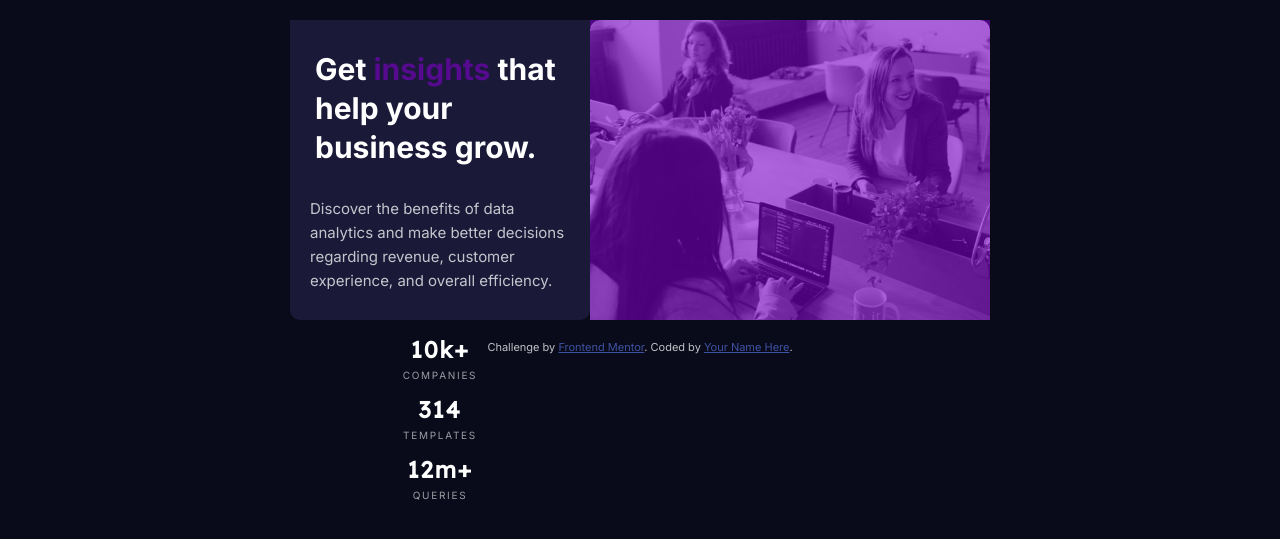
Repository: DejV44/stats-preview-card-component-main
Page: index.html
These files come from the project's save history. The page is drawn as it stood at one moment and after the next save; the edit follows.
The browser window is 1280 px wide. The pictures show the whole page.
The style sheet was rebuilt from its Sass, Less or Tailwind sources for each picture, by a compiler version that may differ from the author's.

Above is the page before, as saved 2021-07-09 13:02:40.

### index.html
<!DOCTYPE html>
<html lang="en">
<head>
  <meta charset="UTF-8">
  <meta name="viewport" content="width=device-width, initial-scale=1.0"> <!-- displays site properly based on user's device -->

  <link rel="icon" type="image/png" sizes="32x32" href="./images/favicon-32x32.png">
  <link rel="stylesheet" href="/css/style.css">


  <title>Frontend Mentor | Stats preview card component</title>
</head>
<body>
  <div class="container">
    <div class="picture">
      <div class="overlay"></div>
    </div>
    <div class="card">
      <h1>Get <span>insights</span> that <br>help your business grow.</h1>

      <p>Discover the benefits of data analytics and make better decisions regarding revenue, customer
      experience, and overall efficiency.</p>

      <ul>
        <li><span>10k+</span> companies</li>
        <li><span>314</span> templates</li>
        <li><span>12m+</span> queries</li>
      </ul>
    </div>
  </div>


  <div class="attribution">
    Challenge by <a href="https://www.frontendmentor.io?ref=challenge" target="_blank">Frontend Mentor</a>.
    Coded by <a href="#">Your Name Here</a>.
  </div>
</body>
</html>

### css/style.scss
$mainBackground: hsl(233, 47%, 7%);
$cardBackground: hsl(244, 38%, 16%);
$accent: hsla(277, 100%, 40%, 0.589);

$mainHeading: hsl(0, 0%, 100%);
$mainParagraph: hsla(0, 0%, 100%, 0.75);
$statHeadings: hsla(0, 0%, 100%, 0.6);

@import url("https://fonts.googleapis.com/css2?family=Inter:wght@400;700&display=swap");

@import url("https://fonts.googleapis.com/css2?family=Lexend+Deca&display=swap");

* {
  margin: 0;
  padding: 0;
  box-sizing: border-box;
}

body {
  font-family: "Inter", sans-serif;
  font-size: 15px;
  background-color: $mainBackground;

  .container {
    margin: 20px 30px;
    border-radius: 10px;
    .picture {

      border-radius: 10px 10px 0 0;
      background: url("/images/image-header-mobile.jpg");
      background-position: center;
      background-size: cover;
      background-repeat: no-repeat;
      height: 300px;

      .overlay {
        background-color: $accent;
        background-size: cover;
        height: 300px;
      }
    }

    .card {
        border-radius: 0 0 10px 10px;
        background: $cardBackground;
        text-align: center;

        h1 {
            margin: 0 auto;
            padding: 30px 25px;
            color: $mainHeading;
            text-align: center;
            line-height: 1.3;
            span {
                color: $accent;
                line-height: 1.3;
            }
        }
        p {
          color: $mainParagraph;
          padding: 0 20px 20px 20px;
          margin-bottom: 15px;
          line-height: 24px;
        }

        ul {
          padding-bottom: 15px;
          font-size: 10px;
          letter-spacing: 1.7px;
          color: $statHeadings;
          li {
            list-style: none;
            text-transform: uppercase;
            padding: 7px 0;


            span {
              padding-bottom: 5px;
              display: block;
              text-transform: lowercase;
              font-family: "lexend Deca" ,sans-serif;
              font-weight: 700;
              font-size: 23px;
              color: $mainHeading;
            }
          }
        }
    }
  }

  .attribution {
    font-size: 11px;
    text-align: center;
    color: $mainParagraph;

    a {
      color: hsl(228, 45%, 44%);
    }
  }
}

@media (min-width:768px) {
  body {



    .container {
      display: flex;
      flex-direction: row-reverse;
      justify-content: center;
      flex-wrap: nowrap;

      .picture {
        flex-grow: 0;
        align-content: flex-end;
        width: 400px;

      }

      .card {

        max-height: 300px;
        max-width: 400px;

        h1, p {
          text-align: left;
          max-width: 300px;
        }

      }
    }
  }
}

After the next save:
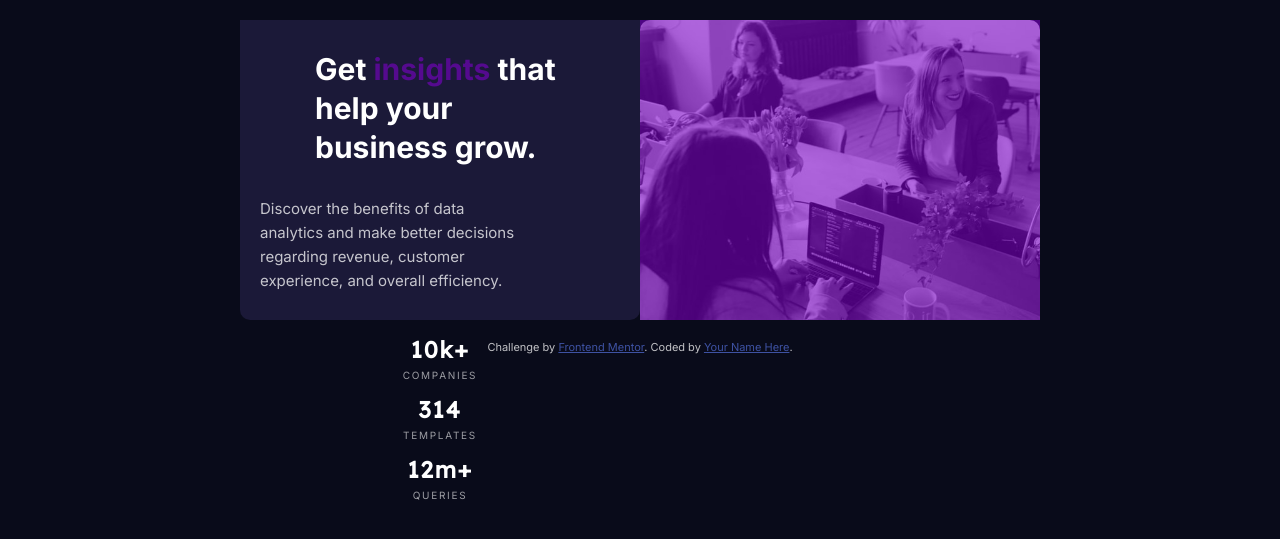
Saved 6 s later.
--- a/css/style.scss
+++ b/css/style.scss
@@ -120,7 +120,7 @@ body {
       .card {
 
         max-height: 300px;
-        max-width: 400px;
+        width: 400px;
 
         h1, p {
           text-align: left;
